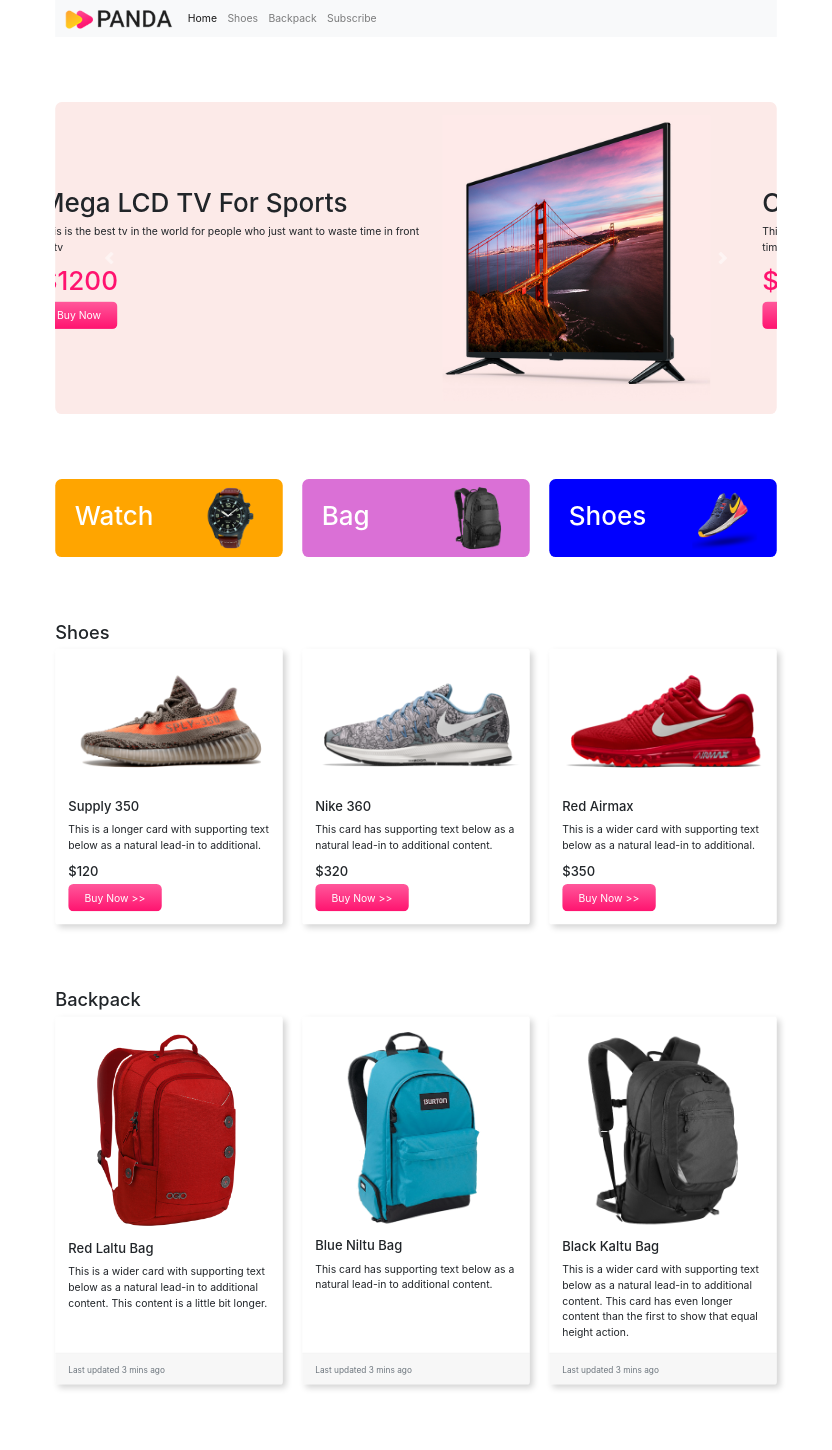
Repository: mohsinfarabi/panda-commerce
Page: index.html
The author's editor kept a copy of each file at every save. The page is drawn from the files as they stood at one save, then again after the next save.
The browser window is 1280 px wide. The pictures show the whole page, at 65% of full size.

Above is the page before, as saved 2020-07-07 03:17:50.

### index.html
<!DOCTYPE html>
<html lang="en">

<head>
    <meta charset="UTF-8">
    <meta name="viewport" content="width=device-width, initial-scale=1.0">
    <title>Panda Commerce</title>
    <link rel="stylesheet" href="css/bootstrap/css/bootstrap.min.css">
    <link rel="stylesheet" href="style.css">
</head>

<body>
    <div class="container">
        <nav class="navbar navbar-expand-lg navbar-light bg-light">
            <a class="navbar-brand" href="#"><img src="images/logo.png" alt=""></a>
            <button class="navbar-toggler" type="button" data-toggle="collapse" data-target="#navbarNav" aria-controls="navbarNav" aria-expanded="false" aria-label="Toggle navigation">
              <span class="navbar-toggler-icon"></span>
            </button>
            <div class="collapse navbar-collapse" id="navbarNav">
                <ul class="navbar-nav">
                    <li class="nav-item active">
                        <a class="nav-link" href="#">Home <span class="sr-only">(current)</span></a>
                    </li>
                    <li class="nav-item">
                        <a class="nav-link" href="#shoes">Shoes</a>
                    </li>
                    <li class="nav-item">
                        <a class="nav-link" href="#backpack">Backpack</a>
                    </li>
                    <li class="nav-item">
                        <a class="nav-link" href="#subscribe">Subscribe</a>
                    </li>
                </ul>
            </div>
        </nav>
    </div>
    <div class="container">
        <div id="carouselExampleControls" class="carousel slide orange-bg" data-ride="carousel">
            <div class="carousel-inner">
                <div class="carousel-item active">
                    <div class="row align-items-center">
                        <div class="col-md-7">
                            <h1>Mega LCD TV For Sports</h1>
                            <p>This is the best tv in the world for people who just want to waste time in front of tv</p>
                            <h1 class="price">$1200</h1>
                            <button class="buy-now-button">Buy Now</button>
                        </div>
                        <div class="col-md-5">
                            <img src="images/banner-images/tv.png" class="d-block w-100" alt="...">
                        </div>
                    </div>
                </div>
                <div class="carousel-item">
                    <div class="row align-items-center">
                        <div class="col-md-7">
                            <h1>Cool Dude Headphone</h1>
                            <p>This is the best headdphone in the world for people who just want to waste time in front of funky world.</p>
                            <h1 class="price">$420</h1>
                            <button class="buy-now-button">Buy Now</button>
                        </div>
                        <div class="col-md-5">
                            <img src="images/banner-images/headphone.png" class="d-block w-100" alt="...">
                        </div>
                    </div>
                </div>
                <div class="carousel-item">
                    <div class="row align-items-center">
                        <div class="col-md-7">
                            <h1>Mega LCD TV For Sports</h1>
                            <p>This is the best x-box in the world for people who just want to waste time in front of fake sports.</p>
                            <h1 class="price">$600</h1>
                            <button class="buy-now-button">Buy Now</button>
                        </div>
                        <div class="col-md-5">
                            <img src="images/banner-images/xbox.png" class="d-block w-100" alt="...">
                        </div>
                    </div>
                </div>
            </div>
            <a class="carousel-control-prev" href="#carouselExampleControls" role="button" data-slide="prev">
                <span class="carousel-control-prev-icon" aria-hidden="true"></span>
                <span class="sr-only">Previous</span>
            </a>
            <a class="carousel-control-next" href="#carouselExampleControls" role="button" data-slide="next">
                <span class="carousel-control-next-icon" aria-hidden="true"></span>
                <span class="sr-only">Next</span>
            </a>
        </div>
    </div>

    <div class="container categories">
        <div class="row">
            <div class="col-md-4">
                <div class="d-flex justify-content-between align-items-center cat1">
                    <h1>Watch</h1>
                    <img src="images/categories/watch.png" alt="">
                </div>
            </div>
            <div class="col-md-4">
                <div class="d-flex justify-content-between align-items-center cat2">
                    <h1>Bag</h1>
                    <img src="images/categories/bag.png" alt="">
                </div>
            </div>
            <div class="col-md-4">
                <div class="d-flex justify-content-between align-items-center cat3">
                    <h1>Shoes</h1>
                    <img src="images/categories/shoes.png" alt="">
                </div>
            </div>
        </div>
    </div>

    <div class="container shoes" id="shoes">
        <h3>Shoes</h3>
        <div class="card-deck">
            <div class="card">
                <img src="images/shoes/shoe-1.png" class="card-img-top" alt="...">
                <div class="card-body">
                    <h5 class="card-title">Supply 350</h5>
                    <p class="card-text">This is a longer card with supporting text below as a natural lead-in to additional.</p>
                    <h5>$120</h5>
                    <button class="buy-now-button">Buy Now >></button>
                </div>
            </div>
            <div class="card">
                <img src="images/shoes/shoe-2.png" class="card-img-top" alt="...">
                <div class="card-body">
                    <h5 class="card-title">Nike 360</h5>
                    <p class="card-text">This card has supporting text below as a natural lead-in to additional content.</p>
                    <h5>$320</h5>
                    <button class="buy-now-button">Buy Now >></button>
                </div>
            </div>
            <div class="card">
                <img src="images/shoes/shoe-3.png" class="card-img-top" alt="...">
                <div class="card-body">
                    <h5 class="card-title">Red Airmax</h5>
                    <p class="card-text">This is a wider card with supporting text below as a natural lead-in to additional.</p>
                    <h5>$350</h5>
                    <button class="buy-now-button">Buy Now >></button>
                </div>
            </div>
        </div>
    </div>

    <div class="container" id="backpack">
        <h3>Backpack</h3>
        <div class="card-deck">
            <div class="card">
                <img src="images/bags/bag-1.png" class="card-img-top" alt="...">
                <div class="card-body">
                    <h5 class="card-title">Red Laltu Bag</h5>
                    <p class="card-text">This is a wider card with supporting text below as a natural lead-in to additional content. This content is a little bit longer.</p>
                </div>
                <div class="card-footer">
                    <small class="text-muted">Last updated 3 mins ago</small>
                </div>
            </div>
            <div class="card">
                <img src="images/bags/bag-2.png" class="card-img-top" alt="...">
                <div class="card-body">
                    <h5 class="card-title">Blue Niltu Bag</h5>
                    <p class="card-text">This card has supporting text below as a natural lead-in to additional content.</p>
                </div>
                <div class="card-footer">
                    <small class="text-muted">Last updated 3 mins ago</small>
                </div>
            </div>
            <div class="card">
                <img src="images/bags/bag-3.png" class="card-img-top" alt="...">
                <div class="card-body">
                    <h5 class="card-title">Black Kaltu Bag</h5>
                    <p class="card-text">This is a wider card with supporting text below as a natural lead-in to additional content. This card has even longer content than the first to show that equal height action.</p>
                </div>
                <div class="card-footer">
                    <small class="text-muted">Last updated 3 mins ago</small>
                </div>
            </div>
        </div>
    </div>

    <script src="https://code.jquery.com/jquery-3.5.1.slim.min.js" integrity="sha384-DfXdz2htPH0lsSSs5nCTpuj/zy4C+OGpamoFVy38MVBnE+IbbVYUew+OrCXaRkfj" crossorigin="anonymous"></script>
    <script src="https://cdn.jsdelivr.net/npm/popper.js@1.16.0/dist/umd/popper.min.js" integrity="sha384-Q6E9RHvbIyZFJoft+2mJbHaEWldlvI9IOYy5n3zV9zzTtmI3UksdQRVvoxMfooAo" crossorigin="anonymous"></script>
    <script src="https://stackpath.bootstrapcdn.com/bootstrap/4.5.0/js/bootstrap.min.js" integrity="sha384-OgVRvuATP1z7JjHLkuOU7Xw704+h835Lr+6QL9UvYjZE3Ipu6Tp75j7Bh/kR0JKI" crossorigin="anonymous"></script>
</body>

</html>

### style.css
.container {
    margin-bottom: 100px;
}

.orange-bg {
    background-color: #fceae8;
    border-radius: 10px;
}

.carousel-item {
    padding: 20px 40px;
}

.price {
    color: #ff136f;
}

.buy-now-button {
    background-image: linear-gradient(to bottom, #FF589B 0%, #FF136F 100%);
    color: #fff;
    border: none;
    border-radius: 8px;
    padding: 9px 25px;
    cursor: pointer;
}

.cat1,
.cat2,
.cat3 {
    padding: 10px 30px;
    border-radius: 10px;
}

.cat1 {
    background-color: orange;
}

.cat2 {
    background-color: orchid;
}

.cat3 {
    background-color: blue;
}

.categories h1 {
    color: white;
}

.categories img {
    width: 100px;
}

.card {
    border: none;
    box-shadow: 5px 5px 10px lightgray;
}

Loaded but not shown: css/bootstrap/css/bootstrap.min.css (library)

After the next save:
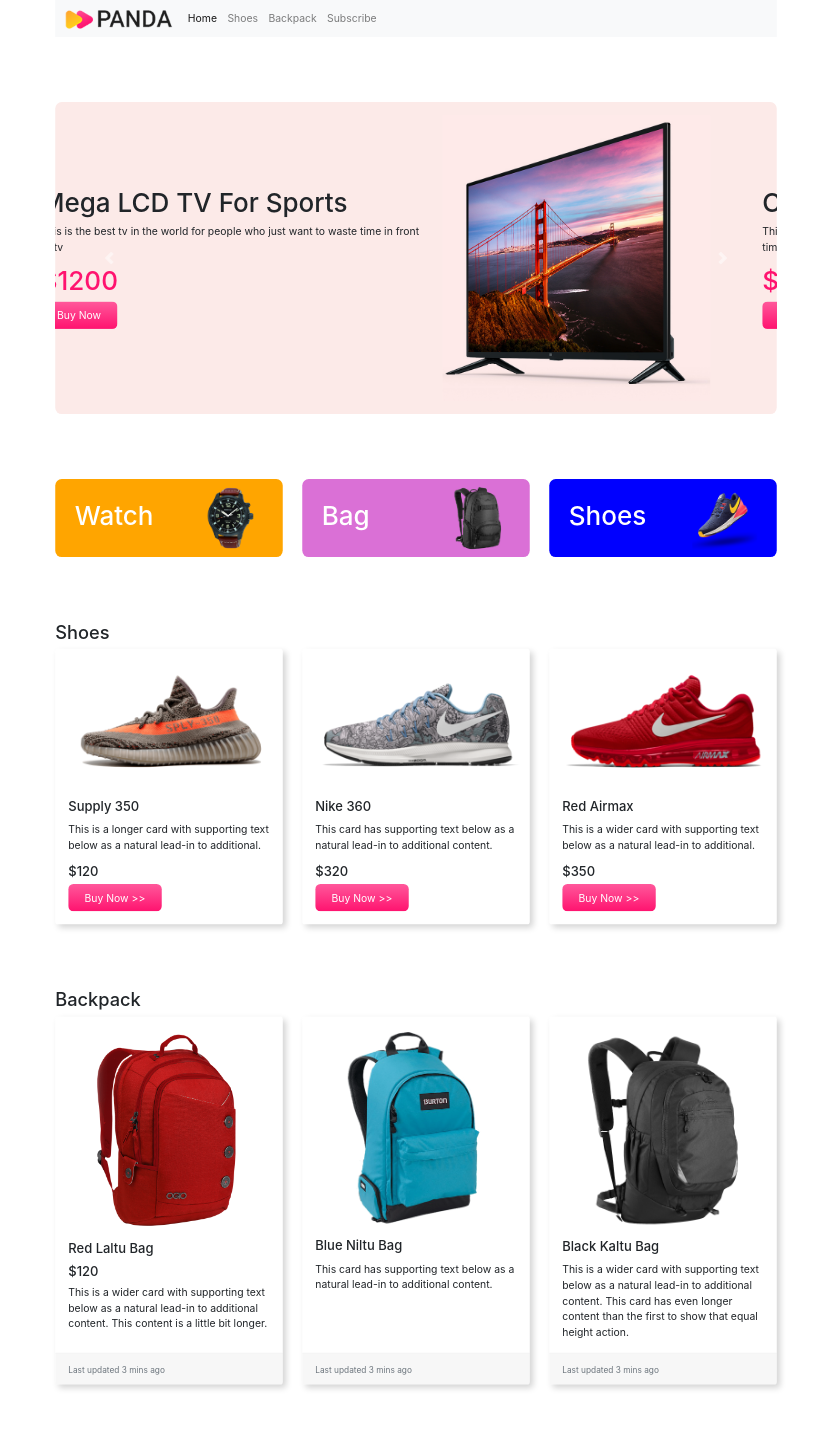
Saved 31 s later.
--- a/index.html
+++ b/index.html
@@ -151,6 +151,7 @@
                 <img src="images/bags/bag-1.png" class="card-img-top" alt="...">
                 <div class="card-body">
                     <h5 class="card-title">Red Laltu Bag</h5>
+                    <h5>$120</h5>
                     <p class="card-text">This is a wider card with supporting text below as a natural lead-in to additional content. This content is a little bit longer.</p>
                 </div>
                 <div class="card-footer">
